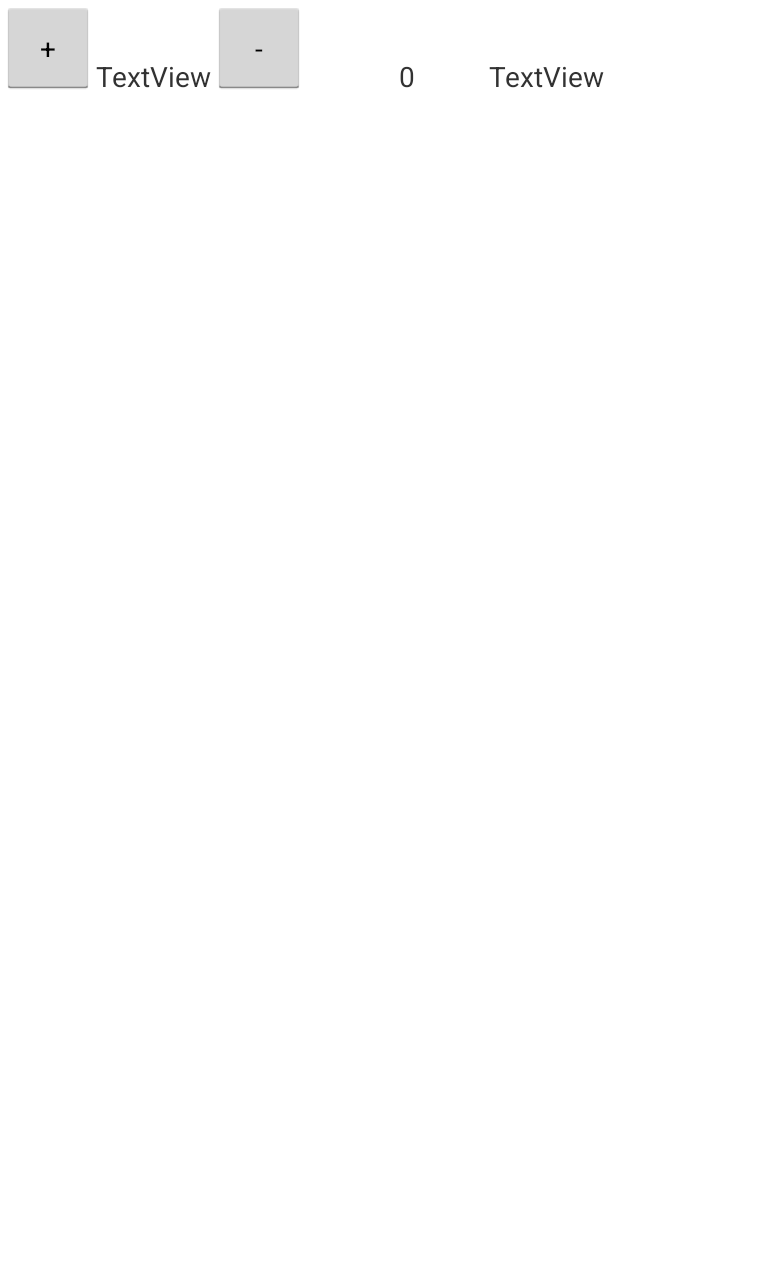
Repository: TeamSuperion/TeamSuperionSextonCalculator
Layout: SextonCalculator/res/layout/activity_browse_row.xml
The author's editor kept a copy of each file at every save. The layout is drawn from the files as they stood at one save, then again after the next save.
It is drawn on a 768 x 1280 px phone screen (xhdpi) without system bars, with theme AppTheme; the app's code is not run.

Above is the layout before, as saved 2012-12-06 04:37:32.

After the next save:
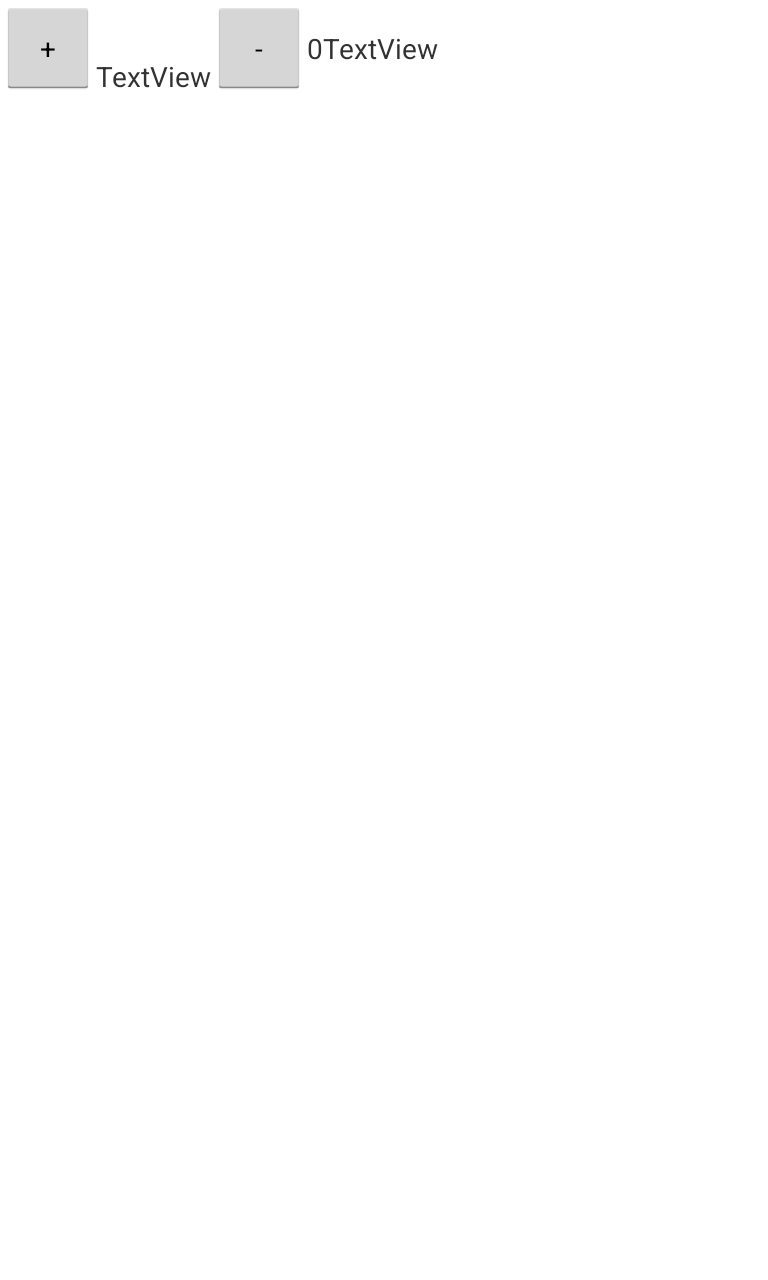
Saved 36 s later.
--- a/SextonCalculator/res/layout/activity_browse_row.xml
+++ b/SextonCalculator/res/layout/activity_browse_row.xml
@@ -10,8 +10,6 @@
         style="?android:attr/buttonStyleSmall"
         android:layout_width="wrap_content"
         android:layout_height="wrap_content"
-        android:layout_alignParentRight="true"
-        android:layout_alignParentTop="true"
         android:text="@string/plus"
         android:onClick="increaseQuantity" />
 
@@ -19,8 +17,6 @@
         android:id="@+id/itemName_textView"
         android:layout_width="wrap_content"
         android:layout_height="wrap_content"
-        android:layout_alignParentLeft="true"
-        android:layout_alignParentTop="true"
         android:layout_marginTop="14dp"
         android:text="@string/TextView" />
 
@@ -29,9 +25,6 @@
         style="?android:attr/buttonStyleSmall"
         android:layout_width="wrap_content"
         android:layout_height="wrap_content"
-        android:layout_alignParentTop="true"
-        android:layout_marginRight="46dp"
-        android:layout_toLeftOf="@+id/itemIncrease_button"
         android:text="@string/minus"
         android:onClick="decreaseQuantity" />
 
@@ -39,26 +32,18 @@
         android:id="@+id/itemQuantity_textView"
         android:layout_width="wrap_content"
         android:layout_height="wrap_content"
-        android:layout_marginTop="14dp"
-        android:layout_marginRight="17dp"
-        android:layout_toLeftOf="@+id/itemIncrease_button"
         android:text="@string/zero" />
 
     <TextView
         android:id="@+id/itemPrice_textView"
         android:layout_width="wrap_content"
         android:layout_height="wrap_content"
-		android:layout_toRightOf="@+id/itemName_textView"
-		android:layout_marginLeft="20dp"
-        android:layout_marginTop="14dp"
         android:text="@string/TextView" />
 
     <TextView
         android:id="@+id/itemId_textView"
         android:layout_width="wrap_content"
         android:layout_height="wrap_content"
-        android:layout_alignParentLeft="true"
-        android:layout_below="@+id/itemName_textView"
         android:text="Small Text"
         android:visibility="gone"
         android:textAppearance="?android:attr/textAppearanceSmall" />
